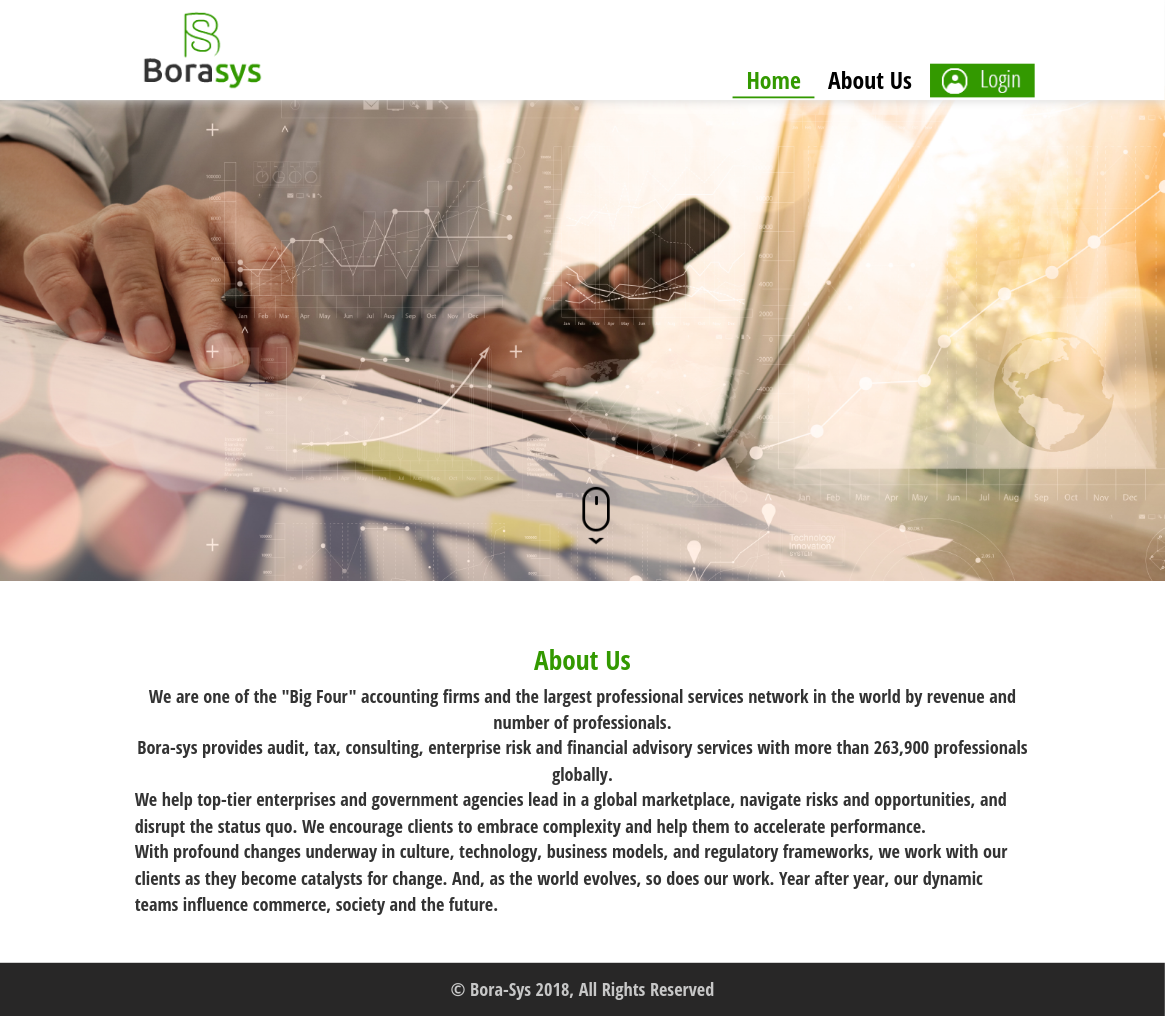
Repository: intkhabahmed/AcceleratedBootcampWebsites
Page: http://localhost/BoraSys/UI/index.jsp
An editor plug-in stored every save of this project. The page is shown before and after the next save, followed by the edit.
The browser window is 1280 px wide. The pictures show the whole page, at 91% of full size.
Some web fonts or font styles are not loaded; a fallback is used. The page is served by Tomcat 9. Nobody is signed in. The application's start-up code is not run. Other server files are loaded and not shown.

Above is the page before, as saved 2018-02-13 08:11:59.

### BoraSys/WebContent/UI/index.jsp
<%@ page language="java" contentType="text/html; charset=ISO-8859-1"
	pageEncoding="ISO-8859-1"%>
<%@taglib uri="http://java.sun.com/jsp/jstl/core" prefix="c"%>
<!DOCTYPE html>
<html>
<head>
<title>Bora-Sys</title>
<meta http-equiv="Content-Type" content="text/html; charset=ISO-8859-1">
<meta name="viewport" content="width=device-width, initial-scale=1.0">
<link rel="stylesheet" type="text/css" href="css/bootstrap.min.css">
<link rel="stylesheet" type="text/css" href="css/font-awesome.min.css">
<link rel="stylesheet" type="text/css" href="css/custom.css">
<link
	href='https://fonts.googleapis.com/css?family=Open Sans Condensed:300'
	rel='stylesheet'>
</head>
<body id="home">

	<jsp:include page="header.jsp"></jsp:include>


	<!-- <div class="row"> -->
	<div id="carousel-example-generic" class="carousel slide"
		data-ride="carousel">
		<!-- Indicators -->
		<img src="images/downarrow.png" alt="DownArrow" id="downarrow" />
		<!-- Wrapper for slides -->
		<div class="carousel-inner" role="listbox">
			<div class="item active">
				<img src="images/banner.png" alt="">
			</div>
		</div>

	</div>
	<!--end carousel-->

	<!-- </div> -->
	<div class="container">
		<hr>
		<div class="row">
			<div id="aboutus">
				<h2 align="center">About Us</h2>
				<p align="center">We are one of the "Big Four" accounting firms
					and the largest professional services network in the world by
					revenue and number of professionals.</p>
				<p align="center">Bora-sys provides audit, tax, consulting,
					enterprise risk and financial advisory services with more than
					263,900 professionals globally.</p>
				<p>We help top-tier enterprises and government agencies lead in
					a global marketplace, navigate risks and opportunities, and disrupt
					the status quo. We encourage clients to embrace complexity and help
					them to accelerate performance.</p>
				<p>With profound changes underway in culture, technology,
					business models, and regulatory frameworks, we work with our
					clients as they become catalysts for change. And, as the world
					evolves, so does our work. Year after year, our dynamic teams
					influence commerce, society and the future.</p>
			</div>
			<!--end aboutus-->
		</div>
		<hr>
	</div>
	<!--end container-->
	<div id="footer">
		<footer>
			<p align="center">&copy; Bora-Sys 2018, All Rights Reserved</p>
		</footer>
	</div>
	<div class="overlay" title="click to close"></div>
	<div id="loginWindow">
		<h2 align="center">Login Form</h2>
		<form class="form-vertical" method="post" action="login.html"
			id="login_form">
			<div class="form-group">
				<input type="text" name="username" required="required"
					class="form-control" placeholder="Enter UserName" /> <input
					type="password" name="password" required="required"
					class="form-control" placeholder="Enter Password" />

			</div>
			<div class="form-group">
				<h4 id="forgotPass">
					<a href="#" class="pull-left">Forgot Password?</a>
				</h4>
				<input type="submit" name="login_btn" id="login_btn" value="Login"
					class="pull-right btn btn-default" />
			</div>
		</form>
	</div>
	<div id="queryWindow">
		<h2 align="center">Query Form</h2>
		<form class="form-vertical" method="post" action="askQuery.html"
			id="query_form">
			<div class="form-group">
				<label class="form-label" for="receiver">Choose Company</label> <br>
				<input type="radio" name="receiver" required="required"
					value="BeneesFradia" /> BeneesFradia &nbsp;&nbsp; <input
					type="radio" name="receiver" value="QuickgunHeadley" />
				QuickgunHeadley <br>
			</div>
			<div class="form-group">
				<textarea rows="4" class="form-control"
					placeholder="Enter the query" name="query"></textarea>
				<input type="submit" name="querySubmit_btn" id="querySubmit_btn"
					value="Send" class="form-control btn btn-default" />
			</div>
		</form>
	</div>

	<div id="uploadWindow">
		<h2 align="center">Upload Proposal</h2>
		<form class="form-vertical" method="post" action="#" id="upload_form"
			enctype="multipart/form-data">
			<div class="form-group">
				<label class="form-label" for="receiver">Choose Company</label> <br>
				<input type="radio" name="receiver" required="required"
					value="BeneesFradia" /> BeneesFradia &nbsp;&nbsp; <input
					type="radio" name="receiver" value="QuickgunHeadley" />
				QuickgunHeadley <br>
			</div>
			<div class="form-group">
				<input type="file" name="propsalFile" id="fileInput"
					required="required" class="pull-left" /> <input type="submit"
					name="propsalSubmit_btn" value="Upload"
					class="btn btn-default pull-right" id="proposalSubmit_btn" />
			</div>
		</form>
	</div>

	<script type="text/javascript" src="js/jquery-3.1.0.min.js"></script>
	<script type="text/javascript" src="js/bootstrap.min.js"></script>
	<script type="text/javascript" src="js/custom.js"></script>
	<c:if test="${errorMessage ne null}">
		<%-- 	<div class="alert alert-danger" role="alert" >"${errorMessage}"</div> --%>
		<script>
			alert("${errorMessage}");
			showLoginPage();
		</script>
	</c:if>
	<c:if test="${successMessage ne null}">
		<%-- 	<div class="alert alert-success" role="alert">"${successMessage}"</div> --%>
		<script>
			alert("${successMessage}");
			window.location = "index.html";
		</script>
	</c:if>
</body>
</html>

### BoraSys/WebContent/UI/header.jsp
<%@ page language="java" contentType="text/html; charset=ISO-8859-1"
    pageEncoding="ISO-8859-1"%>
<%@taglib uri="http://java.sun.com/jsp/jstl/core" prefix="c" %>
<nav class="navbar navbar-custom navbar-custom-fitting">
	  <div class="container">
	    <!-- Brand and toggle get grouped for better mobile display -->
	    <div class="navbar-header">
	      <button type="button" class="navbar-toggle collapsed" data-toggle="collapse" data-target="#bs-example-navbar-collapse-1" aria-expanded="false">
	        <span class="sr-only">Toggle navigation</span>
	        <span class="icon-bar"></span>
	        <span class="icon-bar"></span>
	        <span class="icon-bar"></span>
	      </button>
	      <a class="navbar-brand" href="index.html"><img src="images/BS_logo.png" alt="Bora-Sys"></a>
	    </div>

	    <!-- Collect the nav links, forms, and other content for toggling -->
	    <div class="collapse navbar-collapse" id="bs-example-navbar-collapse-1">
	      <ul class="nav navbar-nav navbar-right" id="main-nav">
	        <li class="active"><a href="#home">Home <span class="sr-only">(current)</span></a></li>
	        <li><a href="#aboutus">About Us</a></li>
	        <c:if test="${sessionScope.user.username eq null}">
	        <li id="login_button" onclick="showLoginPage()"><img src="images/loginbtn.png" class="img img-responsive"/></li>
	      	</c:if>
	      	<c:if test="${sessionScope.user.username ne null}">
	      	<li id="uploadForm"><a href="#">Upload Proposal</a></li>
	      	<li id="raiseQuery_btn"><a href="#">Support</a></li>
	        <li class="dropdown">
	          <a href="#" class="dropdown-toggle" data-toggle="dropdown" role="button" aria-haspopup="true" aria-expanded="false">${sessionScope.user.teamName } <span class="fa fa-angle-down"></span></a>
	          <ul class="dropdown-menu">
	            <li><a href="showProfile.html">Dashboard</a></li>
	            <li><a href="logout.html">Logout</a></li>
	          </ul>
	        </li>
	        </c:if>
	      </ul>
	    </div><!-- /.navbar-collapse -->
	  </div><!-- /.container-fluid -->
	</nav>

### BoraSys/WebContent/css/custom.css
/****************************Common CSS**************************/

.padding-10x{
	padding: 10px;
}
.padding-5x{
	padding: 5px;
}
.padding-20x{
	padding: 20px;
}

.center{
	display: block;
	margin: 0 auto;
}
.no-margin {
	margin: 0;
}
.error {
	color: red;
}
.success {
	color: #5cb85c;
}
#errorBlock{
	position: absolute;
	top: 15%;
	width: 100%;
}
body {
	font-family: Open Sans Condensed !important;
	font-size: 20px !important;
}
.dropdown-menu {
	font-size: 18px;
    background-color: #000;
    opacity: 0.7;
    border: 1px solid #ccc;
    border: 1px solid rgba(0,0,0,.15);
    border-radius: 0px;
    top: 110%;
}
.dropdown-menu li a{
	color: #ffffff;
}
.dropdown-menu li a:hover {
	color: #339900;
	background: #000000;
	opacity: 1;
}
.dropdown> a{
	max-height: 36px;
}

input, button, .form-control, .btn {
	border-radius: 0px !important;
}

input[type=submit]:hover, .btn:hover {
	color: #333333;
}
p {
    margin: 0 10px;
}
/***********************Index Page*********************************/
hr {
	border-top: none;
}
#home {
	padding-top: 94px;
}
#formContainer {
	border-radius: 15px;
	padding: 10px;
	z-index: 1;
}

#login_btn_cover {
	padding: 3px;
}

#homeBannerImage{
	min-height: 370px;
	z-index: 1;
}

@media screen and (min-width: 991px){
	.navbar-custom-fitting {
		width: 100%;
	}
	.container {
		max-width: 1024px;
	}

	.navbar-brand {
		padding: 10px !important;
		height: auto;
	}
	#main-nav {
		margin-top: 39px;
		height: 53px;
		padding-top: 30px;
	}
	nav> .container {
		height: auto;
	}

	.carousel {
		width: 100%;

	}
	.carousel-inner>.item>img {
		width: 100%;
	}
	#loginWindow {
		width: 30vw;
		left: 35vw;
	}
	#uploadWindow {
		width: 40vw;
		left: 30vw;
	}
	#queryWindow {
		width: 30vw;
		left: 35vw;
	}
	#confirmWindow {
		width: 30vw;
		left: 35vw;
	}
}

@media screen and (min-width: 768px) and (max-width: 990px){
	#main-nav {
		height: 40px;
		padding-top: 23px;
		margin-top: 30px;
	}

	.navbar-custom-fitting {
		width: 100%;
	}
	.navbar-brand {
		padding: 10px !important;
    	height: auto;
	}
	#login_button {
		margin-bottom: 2px;
	}
	nav> .container {
		height: 92px;
	}
	.carousel {
		width: 100%;
		height: 60vh;
	}
	.carousel-inner>.item>img {
		width: 100%;
		height: 60vh;
	}
	.container {
		max-width: 100%;
		width: 100%;
	}
	#loginWindow {
		width: 40vw;
		left: 35vw;
	}
	#uploadWindow {
		left: 30vw;
		width: 40vw;
	}
	#queryWindow {
		width: 40vw;
		left: 35vw;
	}
	#confirmWindow {
		width: 30vw;
		left: 35vw;
	}
}

@media screen and (max-width: 767px){
	nav> .container {
		padding: 2px;
		width: 100%;
		height: auto;
	}

	.navbar-custom-fitting {
		width: 100%;
	}
	.navbar-brand {
		padding: 0px 25px !important;
	}
	.navbar-header {
		height: 90px;
	}
	#main-nav {
		margin-top: 39px;
		background-color: #ffffff;
   	 	padding: 15px;

	}
	#login_button {
		margin: 5px 15px;
	}
	.carousel {
		width: 100%;
		height: 50vh;
		margin: 0 auto;
	}
	.carousel-inner>.item>img {
		width: 100%;
		height: 50vh;
	}
	.container {
		max-width: 100%;
		width: 100%;
	}
	#loginWindow, #uploadWindow, #queryQindow, #confirmWindow {
		width: 100%;
	}
	#shortcut_links .col-sm-4 img {
		display: block;
		margin: 0 auto;
		width: 100%;
	}
	.navbar-toggle {
		margin-top: 30px;
    	margin-right: 45px;
	}
}
.navbar-nav {
	font-size: 26px !important;
}
#login_button {
	cursor: pointer;
	margin-left: 5px;
}
.navbar-nav> .active a {
	border-bottom: 2px solid #339900 ;
	color: #339900 !important;
	background-color: transparent !important;
}

.navbar {
	border-radius: 0px;
}

.navbar-custom {
	background: #FFFFFF;
}

.navbar-nav a {
	transition: all 0.5s ease-in-out;
}

.contact-form-fields input {
	margin: 3px 0;
}

.navbar-nav a{
	color: #000000;
}

.navbar-custom-fitting {
	position: fixed;
	top: 0;
	z-index: 1030;
	box-shadow: -1px 1px 11px 0px #d2d2d2;
}

.navbar-nav>li>a {
	padding: 8px 15px !important;
}

/***********************UserProfile Page*********************************/
.navbar-toggle>.icon-bar {
	background-color: #000000;
}
.navbar-toggle {
	border-color: #000000;
}
.navbar-toggle:hover {
	border-color: #333333;
	background-color: #eeeeee;
}

/***********************Footer******************************************/
#footer {
	background: #282727;
	color: #c7c7c7;
	width: 100%;
	padding: 15px;
}

#footerSpace{
	margin-top: 65px;
}

/***********************Error Page*********************************/
#errorBlock{
	position: absolute;
	top: 15%;
	width: 100%;
}

/***********************Login Modal View*********************************/
.overlay {
	position: fixed;
	top: 0;
	left: 0;
	width: 100%;
	opacity: 0.7;
	min-height: 100%;
	display: none;
	background-color: #000000;
	z-index: 1031;
	cursor: pointer;
}
#loginWindow, #uploadWindow, #queryWindow, #confirmWindow {
	position: fixed;
	top: 25vh;
	z-index: 1032;
	opacity: 1;
	display: none;
	color: #ffffff;
	background-color: #339900;
	padding: 10px;
}
#loginWindow a {
	color: #eeeeee;
}

#login_form input, #upload_form input, #query_form input{
	margin: 10px 0;

}

textarea {
    resize: none;
}

#left-control-button, #right-control-button {
	padding-bottom: 5px;
	background-color: #ffffff;
	color: #000000;
}

#aboutus {
	padding: 10px;

}
#aboutus h2 {
	color: #339900;
}
.carousel-control {
	top: 50%;
}
.carousel-control.left, .carousel-control.right {
	background-image: none;
}

#downarrow {
	position: absolute;
	bottom: 40px;
	left: 50%;
	z-index: 1;
}


#profile_logo_container {
	box-shadow: 0px 1px 11px 0px #d2d2d2;
	padding: 5px;
	width: 100%;
}
#login_btn, #querySubmit_btn, #proposalSubmit_btn, #deleteQuery_btn, #cancel_btn {
	background: #ffffff !important;
}
#login_btn:hover, #querySubmit_btn:hover, #proposalSubmit_btn:hover, #deleteQuery_btn:hover, #cancel_btn:hover {
	color: #339900;
}
input[type=submit], .btn {
	font-size: 26px;
	padding-top: 0px;
	border: 0px;
	background: #339900;
}
input[type=submit]:active, .btn:active {
	background: #339900 !important;
}
input[type=submit]:hover, .btn:hover {
	background: #339900;
	color: #eeeeee;
}

### BoraSys/WebContent/js/custom.js
$(function(){
	$("nav a").click(function(){
		$('html, body').animate({
        scrollTop: $(this.hash).offset().top
    }, 1500);
    return false;
	});

	$("nav a").click(function(){
		$("nav li").removeClass("active");
		$(this).parent().addClass("active");
	});


	$(".overlay").on('click', function(){
		$(this).fadeOut();
		$("#loginWindow").fadeOut();
		$("#uploadWindow").fadeOut();
		$("#queryWindow").fadeOut();
		$("#confirmWindow").fadeOut();
	});

	$("#uploadForm, #uploadForm_shortcut").on('click', function(){
		$(".overlay").fadeIn();
		$("#uploadWindow").fadeIn();
		return false;
	});

	$("#raiseQuery_btn").on('click', function(){
		$(".overlay").fadeIn();
		$("#queryWindow").fadeIn();
	});

	$(".carousel-control.left").mouseenter(function(){
		$("#left-indicator img").attr("src", "images/leftarrow_ro.png");
	});
	$(".carousel-control.right").mouseenter(function(){
		$("#right-indicator img").attr("src", "images/rightarrow_ro.png");
	});

	$(".carousel-control.left").mouseleave(function(){
		$("#left-indicator img").attr("src", "images/leftarrow.png");
	});
	$(".carousel-control.right").mouseleave(function(){
		$("#right-indicator img").attr("src", "images/rightarrow.png");
	});

	$("#proposalSubmit_btn").bind('click', function(){
		var input = document.getElementById("fileInput");
		if(input.files[0].size >= 10485760){
			alert("File size should be less than 10MB");
			return false;
		}else{
			$("#upload_form").attr("action", "uploadFile.html");
			return true;
		}
	});

	$("#login_button img").mouseenter(function(){
		$(this).attr("src", "images/loginbtn_over.png");
	});
	$("#login_button img").mouseleave(function(){
		$(this).attr("src", "images/loginbtn.png");
	});

	$("#forgotPass").click(function(){
		alert("Please Contact Support Team");
	});

	$("#delete_btn").click(function(){
		$(".overlay").fadeIn();
		$("#confirmWindow").fadeIn();
	});

	$("#cancel_btn").click(function(){
		$(".overlay").fadeOut();
		$("#confirmWindow").fadeOut();
	});

});
function showLoginPage(){
	$(".overlay").fadeIn();
	$("#loginWindow").fadeIn();
}
function showAlert(value){
	alert(value.text());
}

Loaded but not shown: BoraSys/WebContent/css/bootstrap.min.css (library); BoraSys/WebContent/css/font-awesome.min.css (library); BoraSys/WebContent/js/jquery-3.1.0.min.js (library); BoraSys/WebContent/js/bootstrap.min.js (library)

After the next save:
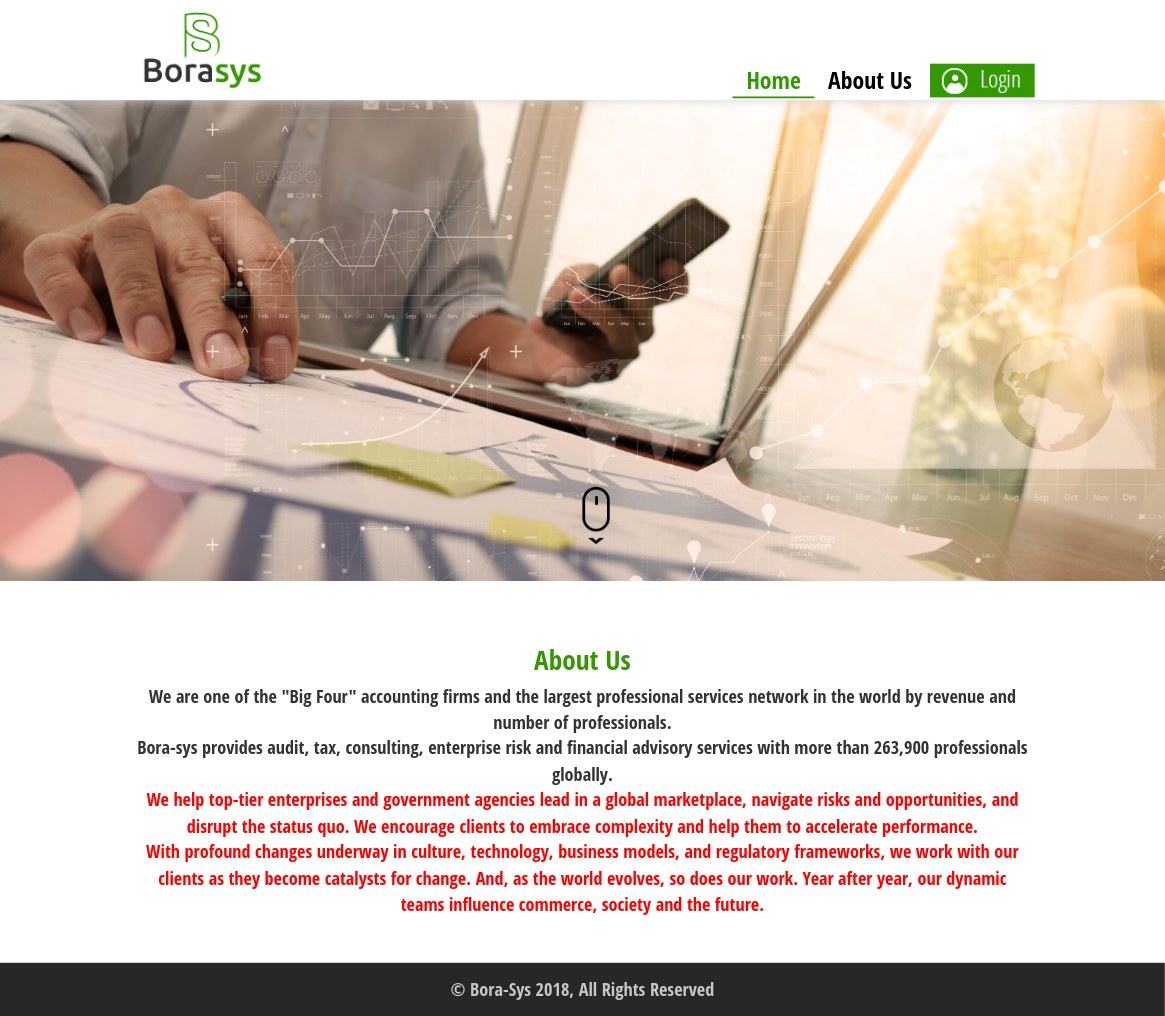
Saved 17 s later.
--- a/BoraSys/WebContent/UI/index.jsp
+++ b/BoraSys/WebContent/UI/index.jsp
@@ -46,11 +46,11 @@
 				<p align="center">Bora-sys provides audit, tax, consulting,
 					enterprise risk and financial advisory services with more than
 					263,900 professionals globally.</p>
-				<p>We help top-tier enterprises and government agencies lead in
+				<p align="center" class="error">We help top-tier enterprises and government agencies lead in
 					a global marketplace, navigate risks and opportunities, and disrupt
 					the status quo. We encourage clients to embrace complexity and help
 					them to accelerate performance.</p>
-				<p>With profound changes underway in culture, technology,
+				<p align="center" class="error">With profound changes underway in culture, technology,
 					business models, and regulatory frameworks, we work with our
 					clients as they become catalysts for change. And, as the world
 					evolves, so does our work. Year after year, our dynamic teams
